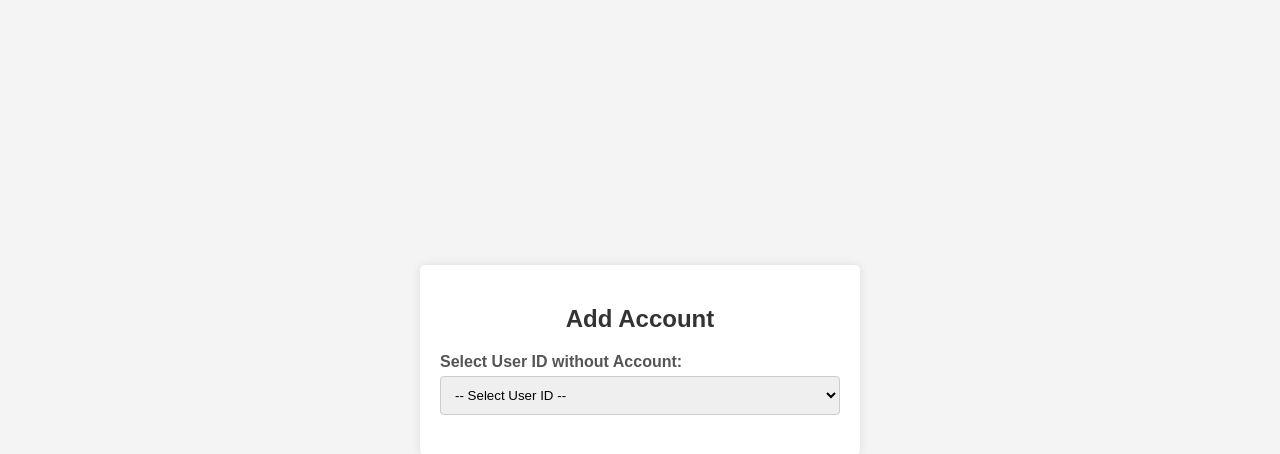
Repository: vinayakGarudi2002/swabhavTrainingProjects
Page: http://localhost/01_banking_application/addAccount.jsp
An editor plug-in stored every save of this project. The page is shown before and after the next save, followed by the edit.
The browser window is 1280 px wide. The pictures show the whole page.
The page is served by Tomcat 9. Other server files are loaded and not shown. Queries for data that is not in the repository find no rows.

Above is the page before, as saved 2024-08-12 11:21:23.

### 01_banking_application/WebContent/addAccount.jsp
<%@page import="com.aurionpro.model.AccountOperation"%>
<%@page import="java.sql.Connection"%>
<%@page import="java.util.List"%>
<%@page import="com.aurionpro.model.CustomerComponent"%>
<%@page import="com.aurionpro.operation.CustomerOperation"%>
<%@page import="com.aurionpro.database.DbConnection"%>
<%@ page language="java" contentType="text/html; charset=UTF-8" pageEncoding="UTF-8"%>
<%@ taglib uri="http://java.sun.com/jsp/jstl/core" prefix="c" %>
<!DOCTYPE html>
<html>
<head>
    <meta charset="UTF-8">
    <title>Add Account</title>
    <link rel="stylesheet" type="text/css" href="static/css/styles.css">
    <style>
        .form-container {
            background-color: #fff;
            padding: 20px;
            border-radius: 5px;
            box-shadow: 0 0 10px rgba(0, 0, 0, 0.1);
            width: 400px;
            margin: 50px auto;
        }

        h2 {
            text-align: center;
            margin-bottom: 20px;
            color: #333;
        }

        label {
            display: block;
            margin-bottom: 10px;
            font-weight: bold;
            color: #555;
        }

        select, input[type="text"] {
            width: 100%;
            padding: 10px;
            margin-bottom: 20px;
            border: 1px solid #ccc;
            border-radius: 4px;
        }

        button {
            width: 48%;
            padding: 10px;
            background-color: #007bff;
            color: white;
            border: none;
            border-radius: 4px;
            cursor: pointer;
            font-size: 16px;
        }

        button:hover {
            background-color: #0056b3;
        }

        .error-message {
            color: red;
            font-weight: bold;
            margin-top: 20px;
            text-align: center;
        }

        .success-message {
            color: green;
            font-weight: bold;
            margin-top: 20px;
            text-align: center;
        }

        .buttons-container {
            display: flex;
            justify-content: space-between;
        }
    </style>
</head>
<body>
    <div class="form-container">
        <h2>Add Account</h2>

        <form method="POST" action="AddAccountServlet">
            <label for="userId">Select User ID without Account:</label>
            <select id="userId" name="userId" onchange="this.form.submit()">
                <option value="">-- Select User ID --</option>
                <%
                    try {
                        Connection connection = DbConnection.connectToDb();
                        CustomerOperation customerOperation = new CustomerOperation(connection);
                        List<Integer> userIdsWithoutAccount = customerOperation.getCustomersWithoutAccount();

                        for (int userId : userIdsWithoutAccount) {
                            out.println("<option value='" + userId + "'>" + userId + "</option>");
                        }
                        connection.close();
                    } catch (Exception e) {
                        e.printStackTrace();
                    }
                %>
            </select>
        </form>

        <%
            String selectedUserId = request.getParameter("userId");
            if (selectedUserId != null && !selectedUserId.isEmpty()) {
                try {
                    Connection connection = DbConnection.connectToDb();
                    CustomerOperation customerOperation = new CustomerOperation(connection);
                    CustomerComponent customer = customerOperation.getCustomerById(Integer.parseInt(selectedUserId));

                    if (customer != null) {
                        out.println("<h3>Customer Details:</h3>");
                        out.println("First Name: " + customer.getFirstName() + "<br>");
                        out.println("Last Name: " + customer.getLastName() + "<br>");
                        out.println("Email: " + customer.getEmail() + "<br>");

                        // Generate account number
                        AccountOperation accountOperation = new AccountOperation(connection);
                        long newAccountNo = accountOperation.accountNumberGenerator();
                        String generatedAccountNumber = String.valueOf(newAccountNo);

                        out.println("<form method='POST' action='AddAccountServlet'>");
                        out.println("<input type='hidden' name='userId' value='" + selectedUserId + "'>");
                        out.println("<label for='accountNumber'>Generated Account Number:</label>");
                        out.println("<input type='text' id='accountNumber' name='accountNumber' value='" + generatedAccountNumber + "' readonly><br><br>");
                        out.println("<div class='buttons-container'>");
                        out.println("<button type='submit'>Submit</button>");
                        out.println("<button type='button' onclick=\"window.location.href='adminDashboard.jsp';\">Cancel</button>");
                        out.println("</div>");
                        out.println("</form>");
                    }
                    connection.close();
                } catch (Exception e) {
                    e.printStackTrace();
                }
            }
        %>

        <!-- Error and Success messages -->
        <c:if test="${not empty errorMessage}">
            <div class="error-message">
                <c:out value="${errorMessage}"/>
            </div>
        </c:if>

        <c:if test="${not empty successMessage}">
            <div class="success-message">
                <c:out value="${successMessage}"/>
            </div>
        </c:if>
    </div>
</body>
</html>

### 01_banking_application/src/com/aurionpro/database/DbConnection.java
package com.aurionpro.database;

import java.sql.Connection;
import java.sql.DriverManager;
import java.sql.SQLException;

public class DbConnection {


    private static final String DATABASE_URL = "jdbc:mysql://localhost:3306/bankdb";
    private static final String DATABASE_USER = "root";
    private static final String DATABASE_PASSWORD = "root@123";

    // Method to establish a connection to the database
    public static Connection connectToDb() {
        Connection connection = null;
        try {
            // Load MySQL JDBC Driver
            Class.forName("com.mysql.cj.jdbc.Driver");

            // Establish the connection
            connection = DriverManager.getConnection(DATABASE_URL, DATABASE_USER, DATABASE_PASSWORD);
            System.out.println("Connected to the database successfully.");
        } catch (ClassNotFoundException e) {
            System.err.println("MySQL JDBC Driver not found.");
            e.printStackTrace();
        } catch (SQLException e) {
            System.err.println("Failed to connect to the database.");
            e.printStackTrace();
        }

        return connection;
    }

    // Close the connection
    public void closeConnection(Connection connection) {
        if (connection != null) {
            try {
                connection.close();
                System.out.println("Database connection closed.");
            } catch (SQLException e) {
                System.err.println("Failed to close the database connection.");
                e.printStackTrace();
            }
        }
    }
}

### 01_banking_application/src/com/aurionpro/operation/CustomerOperation.java
package com.aurionpro.operation;

import java.sql.Connection;
import java.sql.PreparedStatement;
import java.sql.ResultSet;
import java.sql.SQLException;
import java.util.ArrayList;
import java.util.List;

import com.aurionpro.model.Customer;
import com.aurionpro.model.CustomerComponent;

public class CustomerOperation {
    private Connection connection;

    public CustomerOperation(Connection connection) {
        this.connection = connection;
    }

    // Check if an email already exists in the database
    private boolean isEmailExists(String email) throws SQLException {
        String checkEmailSQL = "SELECT COUNT(*) FROM profile WHERE email_id = ?";
        try (PreparedStatement stmt = connection.prepareStatement(checkEmailSQL)) {
            stmt.setString(1, email);
            ResultSet rs = stmt.executeQuery();
            if (rs.next()) {
                return rs.getInt(1) > 0;
            }
        }
        return false;
    }

    // Create a new customer in the database
    public boolean createCustomer(CustomerComponent customer) throws SQLException {
        if (isEmailExists(customer.getEmail())) {
            return false; // Email already exists
        }

        String insertProfileSQL = "INSERT INTO profile (first_name, last_name, email_id) VALUES (?, ?, ?)";
        String insertUserSQL = "INSERT INTO user (password, role_id) VALUES (?, ?)";

        try (PreparedStatement profileStmt = connection.prepareStatement(insertProfileSQL, PreparedStatement.RETURN_GENERATED_KEYS);
             PreparedStatement userStmt = connection.prepareStatement(insertUserSQL, PreparedStatement.RETURN_GENERATED_KEYS)) {

            // Insert into profile table
            profileStmt.setString(1, customer.getFirstName());
            profileStmt.setString(2, customer.getLastName());
            profileStmt.setString(3, customer.getEmail());
            profileStmt.executeUpdate();

            // Get the generated profile_id
            ResultSet profileKeys = profileStmt.getGeneratedKeys();
            int profileId = -1;
            if (profileKeys.next()) {
                profileId = profileKeys.getInt(1);
            }

            // Insert into user table
            userStmt.setString(1, customer.getPassword());
            // Assuming a default role for customer is '2'
            userStmt.setInt(2, 2); // Hardcoded role_id for customer; can be dynamically handled if needed
            userStmt.executeUpdate();

            // Get the generated user_id
            ResultSet userKeys = userStmt.getGeneratedKeys();
            int userId = -1;
            if (userKeys.next()) {
                userId = userKeys.getInt(1);
            }

            // Insert into userProfile table
            if (profileId != -1 && userId != -1) {
                String insertUserProfileSQL = "INSERT INTO userProfile (user_id, profile_id) VALUES (?, ?)";
                try (PreparedStatement userProfileStmt = connection.prepareStatement(insertUserProfileSQL)) {
                    userProfileStmt.setInt(1, userId);
                    userProfileStmt.setInt(2, profileId);
                    userProfileStmt.executeUpdate();
                }
            }
            return true; // Customer created successfully
        }
    }

    // Read customer details from the database using email
    public CustomerComponent getCustomerByEmail(String email) throws SQLException {
        String selectSQL = "SELECT p.first_name, p.last_name, u.password FROM profile p " +
                           "JOIN userProfile up ON p.profile_id = up.profile_id " +
                           "JOIN user u ON up.user_id = u.user_id WHERE p.email_id = ?";
        try (PreparedStatement stmt = connection.prepareStatement(selectSQL)) {
            stmt.setString(1, email);
            ResultSet rs = stmt.executeQuery();
            if (rs.next()) {
                return new Customer(rs.getString("first_name"), rs.getString("last_name"), email, rs.getString("password"));
            }
        }
        return null;
    }

    // Update customer details in the database
    public void updateCustomer(CustomerComponent customer) throws SQLException {
        String updateProfileSQL = "UPDATE profile SET first_name = ?, last_name = ? WHERE email_id = ?";
        String updateUserSQL = "UPDATE user u JOIN userProfile up ON u.user_id = up.user_id " +
                               "JOIN profile p ON up.profile_id = p.profile_id SET u.password = ? WHERE p.email_id = ?";

        try (PreparedStatement profileStmt = connection.prepareStatement(updateProfileSQL);
             PreparedStatement userStmt = connection.prepareStatement(updateUserSQL)) {

            // Update profile table
            profileStmt.setString(1, customer.getFirstName());
            profileStmt.setString(2, customer.getLastName());
            profileStmt.setString(3, customer.getEmail());
            profileStmt.executeUpdate();

            // Update user table
            userStmt.setString(1, customer.getPassword());
            userStmt.setString(2, customer.getEmail());
            userStmt.executeUpdate();
        }
    }

    // Delete customer from the database
    public void deleteCustomerByEmail(String email) throws SQLException {
        // Cascade delete should take care of userProfile and user tables if set correctly in DB schema
        String deleteProfileSQL = "DELETE FROM profile WHERE email_id = ?";
        try (PreparedStatement stmt = connection.prepareStatement(deleteProfileSQL)) {
            stmt.setString(1, email);
            stmt.executeUpdate();
        }
    }

    public List<Integer> getCustomersWithoutAccount() {
        List<Integer> userIds = new ArrayList<>();
        PreparedStatement preparedStatement = null;
        ResultSet resultSet = null;

        try {

            String sql = "SELECT u.user_id FROM user u " +
                         "LEFT JOIN account a ON u.user_id = a.user_id " +
                         "JOIN roles r ON u.role_id = r.role_id " +
                         "WHERE a.account_no IS NULL AND r.role_name = 'customer'";
            preparedStatement = connection.prepareStatement(sql);
            resultSet = preparedStatement.executeQuery();

            while (resultSet.next()) {
                userIds.add(resultSet.getInt("user_id"));
            }
        } catch (SQLException e) {
            e.printStackTrace();
        } finally {
            try {
                if (resultSet != null) resultSet.close();
                if (preparedStatement != null) preparedStatement.close();

            } catch (SQLException e) {
                e.printStackTrace();
            }
        }
        return userIds;
    }

    public CustomerComponent getCustomerById(int userId) {
    	CustomerComponent customer = null;
        PreparedStatement preparedStatement = null;
        ResultSet resultSet = null;

        try {

            String sql = "SELECT p.first_name, p.last_name, p.email_id  FROM profile p " +
                         "JOIN userProfile up ON p.profile_id = up.profile_id " +
                         "WHERE up.user_id = ?";
            preparedStatement = connection.prepareStatement(sql);
            preparedStatement.setInt(1, userId);
            resultSet = preparedStatement.executeQuery();

            if (resultSet.next()) {
                String firstName = resultSet.getString("first_name");
                String lastName = resultSet.getString("last_name");
                String email = resultSet.getString("email_id");
                customer = new Customer(firstName, lastName, email,null);
            }
        } catch (SQLException e) {
            e.printStackTrace();
        } finally {
            try {
                if (resultSet != null) resultSet.close();
                if (preparedStatement != null) preparedStatement.close();

            } catch (SQLException e) {
                e.printStackTrace();
            }
        }
        return customer;
    }





}

### 01_banking_application/WebContent/static/css/styles.css
/* styles.css */
body {
    font-family: Arial, sans-serif;
    background-color: #f4f4f4;
    display: flex;
    justify-content: center;
    align-items: center;
    height: 100vh;
    margin: 0;
}

.login-container {
    background-color: #fff;
    padding: 20px;
    border-radius: 5px;
    box-shadow: 0 0 10px rgba(0, 0, 0, 0.1);
    width: 300px;
}

h2 {
    margin-bottom: 20px;
    font-size: 24px;
    color: #333;
    text-align: center;
}

.form-group {
    margin-bottom: 15px;
}

label {
    display: block;
    margin-bottom: 5px;
    color: #555;
}

input[type="email"],
input[type="password"] {
    width: 100%;
    padding: 8px;
    box-sizing: border-box;
    border: 1px solid #ddd;
    border-radius: 4px;
}

button {
    width: 100%;
    padding: 10px;
    background-color: #007bff;
    color: white;
    border: none;
    border-radius: 4px;
    cursor: pointer;
    font-size: 16px;
}

button:hover {
    background-color: #0056b3;
}

.error-message {
    color: red;
    margin-top: 10px;
    text-align: center;
}

/* Additional styles for dashboard */
.dashboard-container {
    background-color: #fff;
    padding: 20px;
    border-radius: 5px;
    box-shadow: 0 0 10px rgba(0, 0, 0, 0.1);
    width: 400px;
    margin: 50px auto;
    text-align: center;
}

.admin-actions {
    list-style-type: none;
    padding: 0;
    margin: 20px 0;
}

.admin-actions li {
    margin: 10px 0;
}

.admin-actions a {
    text-decoration: none;
    color: #007bff;
    font-size: 18px;
}

.admin-actions a:hover {
    text-decoration: underline;
}

button {
    width: 100%;
    padding: 10px;
    background-color: #dc3545;
    color: white;
    border: none;
    border-radius: 4px;
    cursor: pointer;
    font-size: 16px;
    margin-top: 20px;
}

button:hover {
    background-color: #c82333;
}

/* add customer   */
.form-container {
    background-color: #fff;
    padding: 20px;
    border-radius: 5px;
    box-shadow: 0 0 10px rgba(0, 0, 0, 0.1);
    width: 400px;
    margin: 50px auto;
    text-align: left;
}

.form-container h2 {
    text-align: center;
    margin-bottom: 20px;
}

.form-container label {
    display: block;
    margin-bottom: 5px;
    font-weight: bold;
}

.form-container input[type="text"],
.form-container input[type="email"],
.form-container input[type="password"] {
    width: 100%;
    padding: 10px;
    margin-bottom: 20px;
    border: 1px solid #ccc;
    border-radius: 4px;
}

.form-container button {
    width: 100%;
    padding: 10px;
    background-color: #007bff;
    color: white;
    border: none;
    border-radius: 4px;
    cursor: pointer;
    font-size: 16px;
}

.form-container button:hover {
    background-color: #0056b3;
}

.error-message {
    color: red;
    font-weight: bold;
    margin-top: 20px;
    text-align: center;
}

.succes-message {
    color: green;
    font-weight: bold;
    margin-top: 20px;
    text-align: center;
}



/*vew all customer  */

  .customer-view-container {
            background-color: #fff;
            padding: 20px;
            border-radius: 5px;
            box-shadow: 0 0 10px rgba(0, 0, 0, 0.1);
            width: 600px;
            margin: 50px auto;
        }

        .customer-view-container h2 {
            text-align: center;
            margin-bottom: 20px;
            color: #333;
        }

        table {
            width: 100%;
            border-collapse: collapse;
            margin-bottom: 20px;
        }

        table th, table td {
            border: 1px solid #ddd;
            padding: 10px;
            text-align: center;
        }

        table th {
            background-color: #007bff;
            color: white;
        }

        table td {
            background-color: #f9f9f9;
            color: #333;
        }

After the next save:
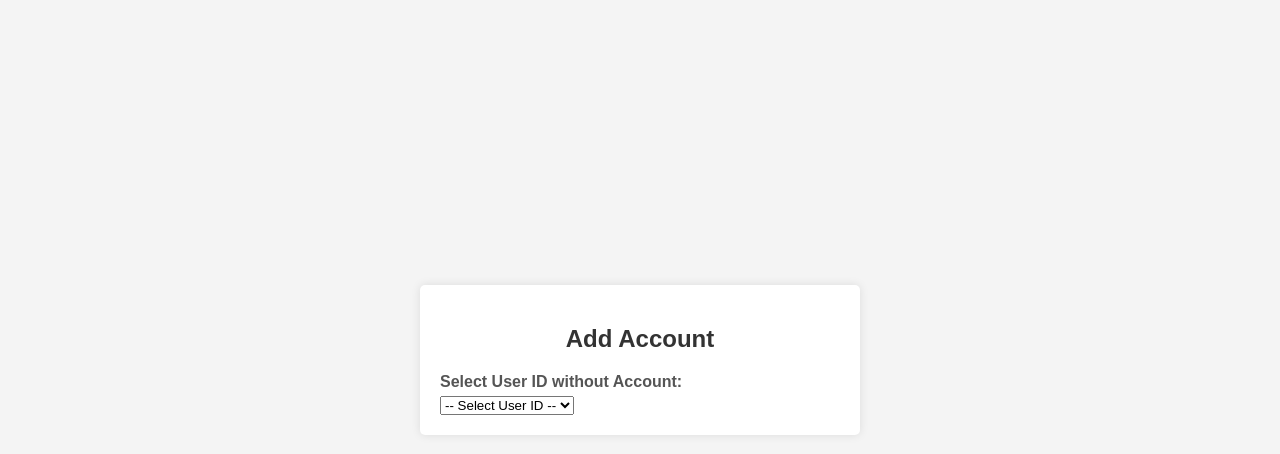
Saved 2 min 14 s later.
--- a/01_banking_application/WebContent/addAccount.jsp
+++ b/01_banking_application/WebContent/addAccount.jsp
@@ -13,69 +13,7 @@
     <title>Add Account</title>
     <link rel="stylesheet" type="text/css" href="static/css/styles.css">
     <style>
-        .form-container {
-            background-color: #fff;
-            padding: 20px;
-            border-radius: 5px;
-            box-shadow: 0 0 10px rgba(0, 0, 0, 0.1);
-            width: 400px;
-            margin: 50px auto;
-        }
 
-        h2 {
-            text-align: center;
-            margin-bottom: 20px;
-            color: #333;
-        }
-
-        label {
-            display: block;
-            margin-bottom: 10px;
-            font-weight: bold;
-            color: #555;
-        }
-
-        select, input[type="text"] {
-            width: 100%;
-            padding: 10px;
-            margin-bottom: 20px;
-            border: 1px solid #ccc;
-            border-radius: 4px;
-        }
-
-        button {
-            width: 48%;
-            padding: 10px;
-            background-color: #007bff;
-            color: white;
-            border: none;
-            border-radius: 4px;
-            cursor: pointer;
-            font-size: 16px;
-        }
-
-        button:hover {
-            background-color: #0056b3;
-        }
-
-        .error-message {
-            color: red;
-            font-weight: bold;
-            margin-top: 20px;
-            text-align: center;
-        }
-
-        .success-message {
-            color: green;
-            font-weight: bold;
-            margin-top: 20px;
-            text-align: center;
-        }
-
-        .buttons-container {
-            display: flex;
-            justify-content: space-between;
-        }
     </style>
 </head>
 <body>
